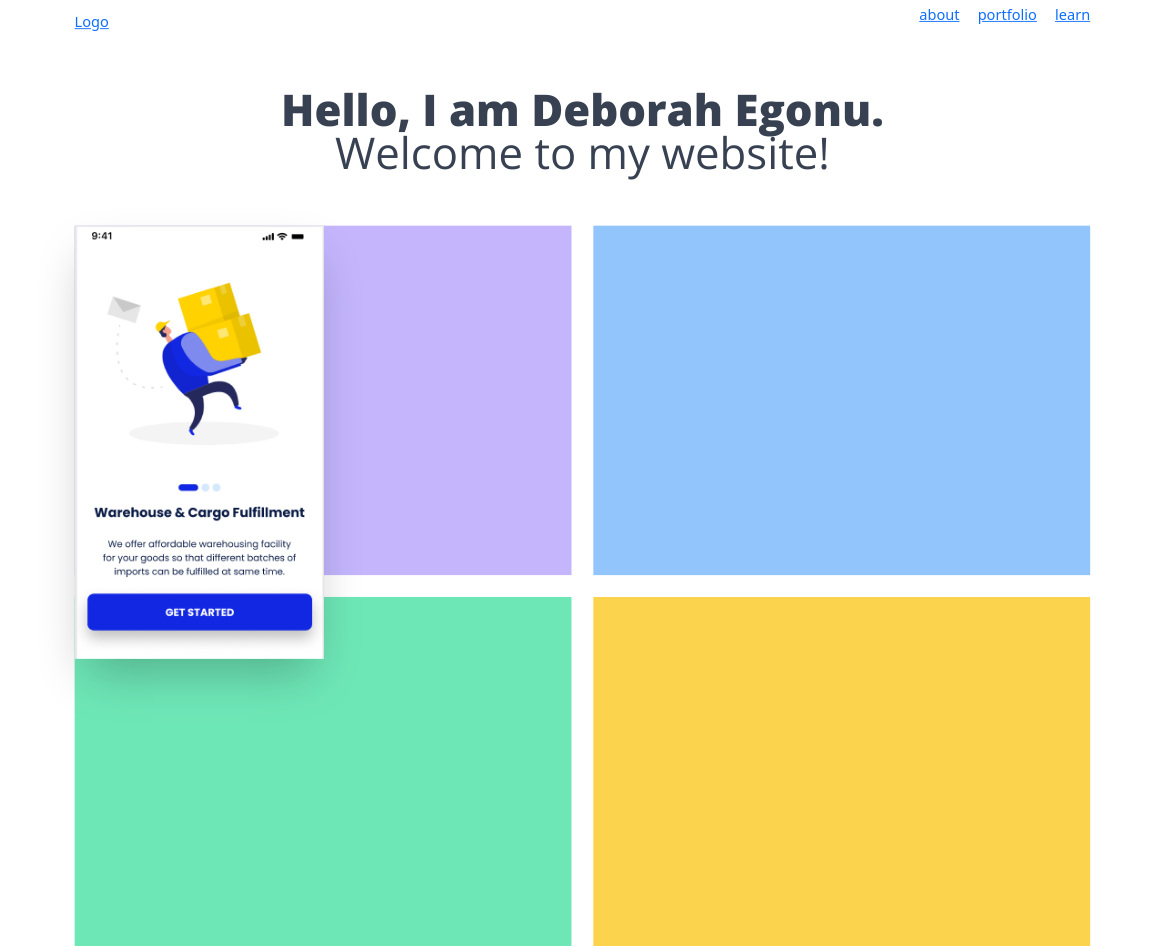
Repository: latenightsnacc/codewithdeb
Page: index.html
An editor plug-in stored every save of this project. The page is shown before and after the next save, followed by the edit.
The browser window is 1280 px wide. The pictures show the whole page, at 91% of full size.

Above is the page before, as saved 2021-06-07 11:05:37.

After the next save:
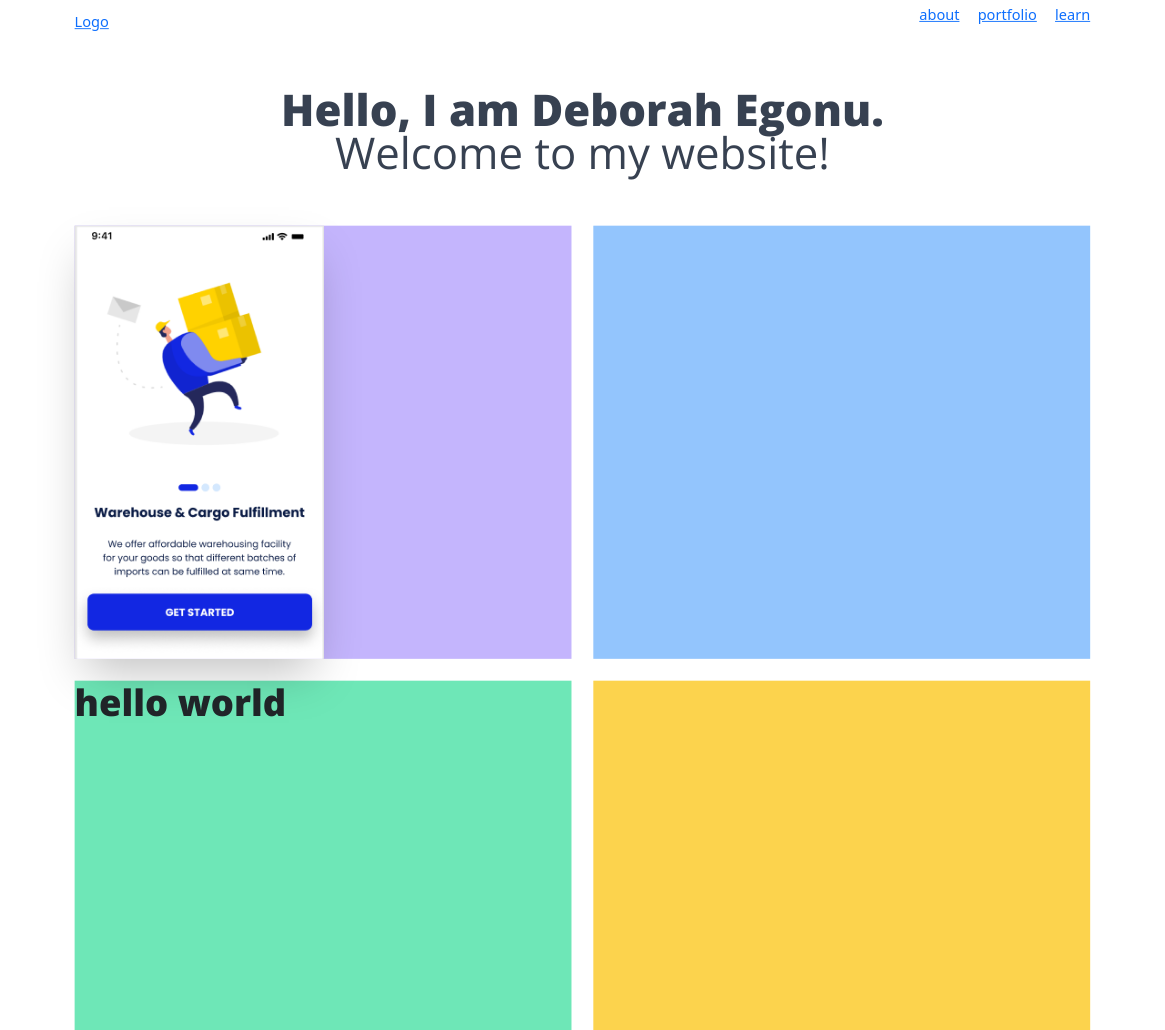
Saved 26 s later.
--- a/index.html
+++ b/index.html
@@ -54,13 +54,14 @@
     <!--GRID-->
     <div class="container">
         <div class="grid grid-cols-1 md:grid-cols-2 gap-4">
-            <div class="bg-purple-300 relative w-100 h-96">
+            <div class="bg-purple-300 relative w-100 h-auto">
+                <a href="">
+                    <img class="shadow-2xl" src="assets/d-1.PNG" alt="">
+                </a>
                 <div class="absolute bottom-10 left-0">
 
                 </div>
-                <a href="">
-                    <img class="shadow-2xl" src="assets/d-1.PNG" alt="">
-                </a>
+
             </div>
             <div class="bg-blue-300"></div>
             <div class="bg-green-300 h-96">
